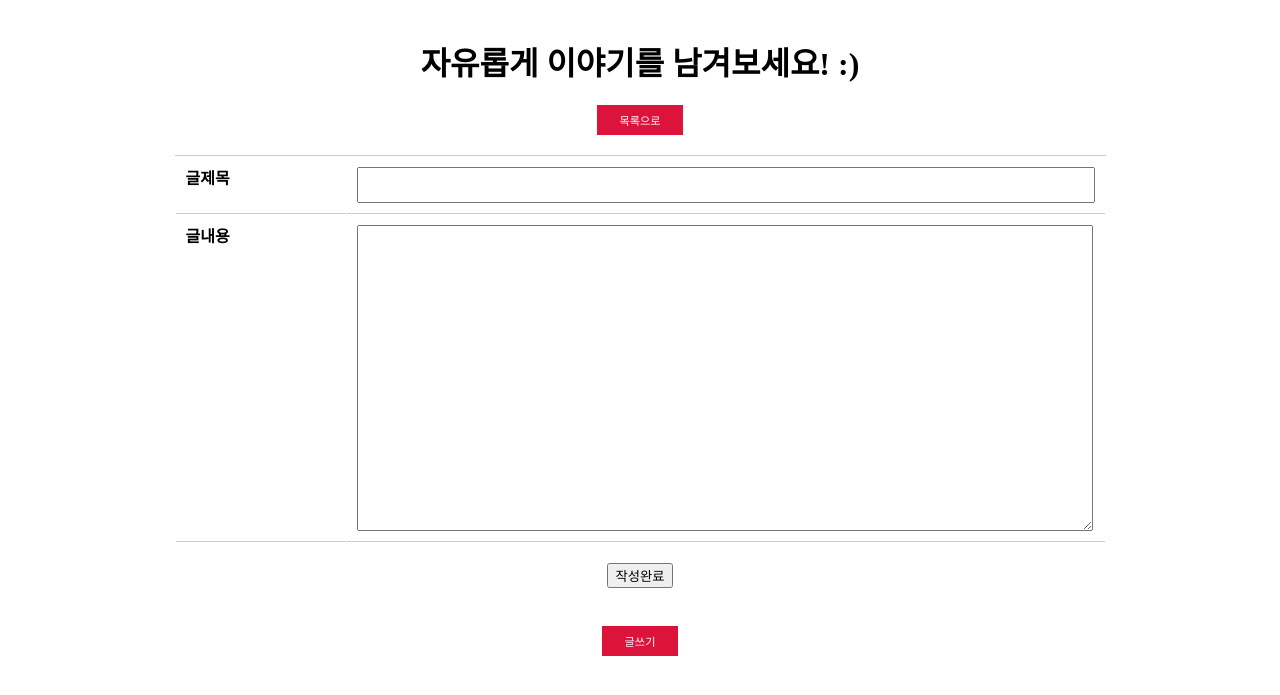
Repository: minkyung0421/NMT_Project
Page: http://localhost/MyPage_Project/Write.jsp
The author's editor kept a copy of each file at every save. The page is drawn from the files as they stood at one save, then again after the next save.
The browser window is 1280 px wide. The pictures show the whole page.
The page is served by Tomcat 9.

Above is the page before, as saved 2018-08-30 23:22:16.

### NMT_Project/MyPage_Project/WebContent/Write.jsp
<%@ page language="java" contentType="text/html; charset=UTF-8"
    pageEncoding="UTF-8"%>
<!DOCTYPE html PUBLIC "-//W3C//DTD HTML 4.01 Transitional//EN" "http://www.w3.org/TR/html4/loose.dtd">
<html>
<head>
<meta http-equiv="Content-Type" content="text/html; charset=UTF-8">
<title>Board</title>
<style>
	table.type04 {
    border-collapse: separate;
    border-spacing: 1px;
    text-align: left;
    line-height: 1.5;
    border-top: 1px solid #ccc;
  margin : 20px 10px;
}
table.type04 th {
    width: 150px;
    padding: 10px;
    font-weight: bold;
    vertical-align: top;
    border-bottom: 1px solid #ccc;
}
table.type04 td {
    width: 350px;
    padding: 10px;
    vertical-align: top;
    border-bottom: 1px solid #ccc;
}

      #board_title{width:730px; height:30px;}

      #board_content{width:730px; height:300px;}

         button{
        background:crimson;
        color:#fff;
        border:none;
        position:relative;
        height:30px;
        font-size:0.7em;
        padding:0 2em;
        cursor:pointer;
        transition:800ms ease all;
        outline:none;
      }
      button:hover{
        background:#fff;
        color:crimson;
      }
      button:before,button:after{
        content:'';
        position:absolute;
        top:0;
        right:0;
        height:2px;
        width:0;
        background: crimson;
        transition:400ms ease all;
      }
      button:after{
        right:inherit;
        top:inherit;
        left:0;
        bottom:0;
      }
      button:hover:before,button:hover:after{
        width:100%;
        transition:800ms ease all;
      }
</style>
</head>
<body>
 <center><h1 style = "margin-top:3%">자유롭게 이야기를 남겨보세요! :)</h1>
        <a href = "list.jsp"><button>목록으로</button></a></center>
<form name="insertFrm" id="insertFrm" action="insert.jsp">
<center>
    <table class="type04">
	 <tr>
        <th scope="row">글제목</th>
        <td><input type="text" id="board_title" name="board_title"></td>
    </tr>
    <tr>
        <th scope="row">글내용</th>
        <td><textarea id="board_content" name="board_content"></textarea></td>
    </tr>
    </table>
</center>
  </form>

  <div class="Btn">

    <center><input type="button" value="작성완료" class = "button" id="insert" OnClick="javascript:Insert();"></center>
    <center><a href = "Write.jsp"><button style = "margin-top:3%;" id="insert" OnClick="javascript:Insert();">글쓰기</button></a></center>
  </div>
</body>
<script>
	function Insert(){
		var insertFrm = document.insertFrm;
		if(!insertFrm.board_title.value){
			alert("글제목을 작성해주세요;)");
			insertFrm.board_title.focus();
			return;
		}

		if(!insertFrm.board_content.value){
			alert("내용을 적어주세요;)");
			insertFrm.board_content.focus();
			return;
		}

		insertFrm.submit();
	}
</script>
</html>

After the next save:
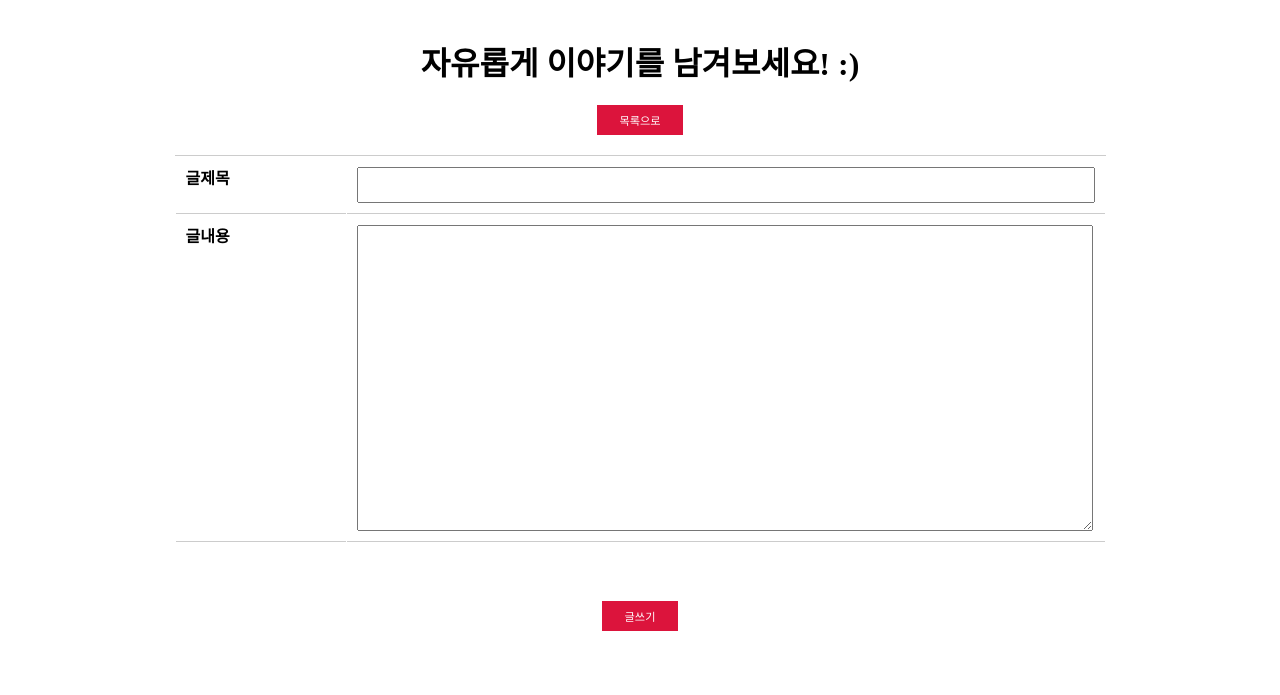
Saved 2 s later.
--- a/NMT_Project/MyPage_Project/WebContent/Write.jsp
+++ b/NMT_Project/MyPage_Project/WebContent/Write.jsp
@@ -90,7 +90,7 @@ table.type04 td {
 
   <div class="Btn">
 
-    <center><input type="button" value="작성완료" class = "button" id="insert" OnClick="javascript:Insert();"></center>
+<!--     <center><input type="button" value="작성완료" class = "button" id="insert" OnClick="javascript:Insert();"></center> -->
     <center><a href = "Write.jsp"><button style = "margin-top:3%;" id="insert" OnClick="javascript:Insert();">글쓰기</button></a></center>
   </div>
 </body>
